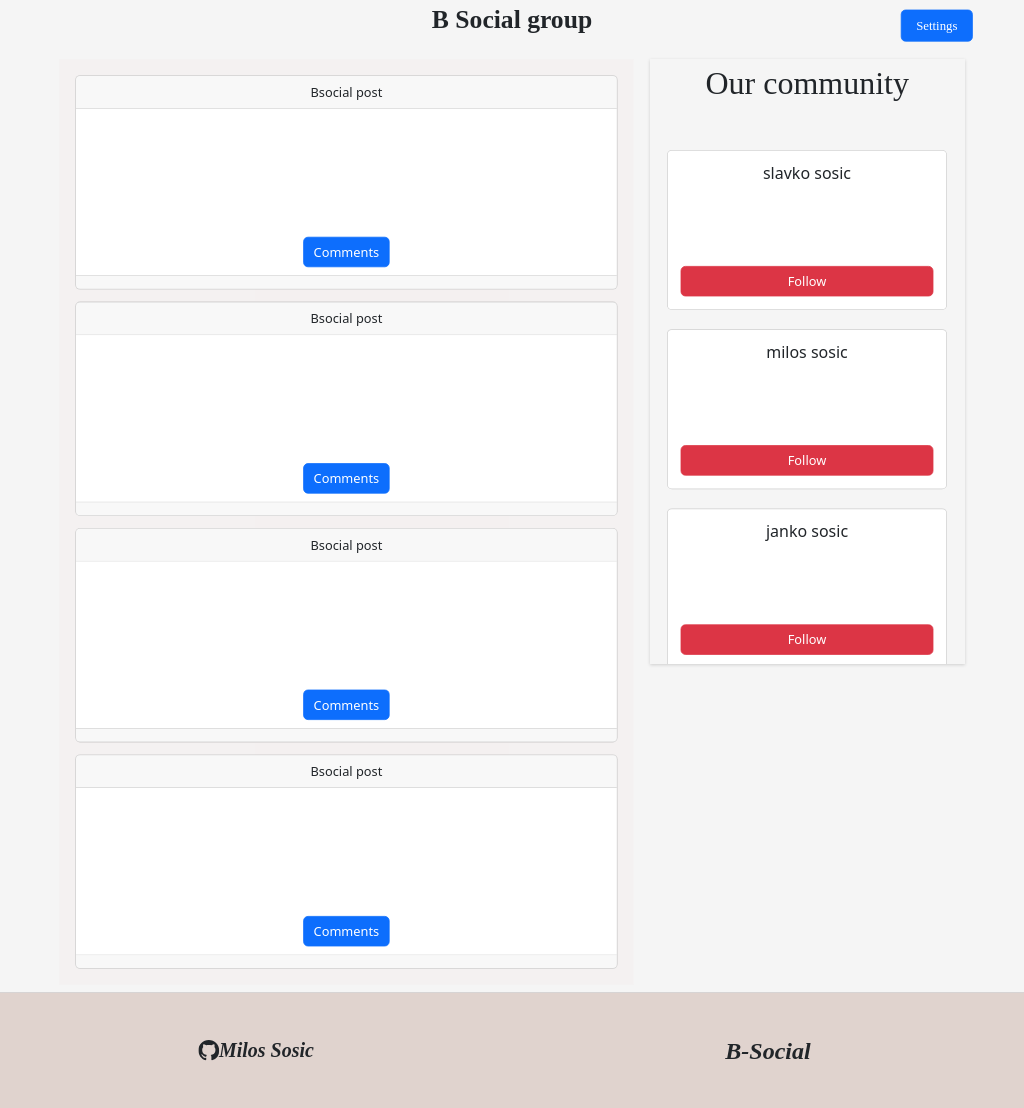
Repository: mcedo1/b-Social-app
Page: /main
These files come from the project's save history. The page is drawn as it stood at one moment and after a run of saves; the edit follows.
The browser window is 1280 px wide. The pictures show the whole page, at 80% of full size.
The project was rebuilt for these pictures with package versions that can differ from the ones it lists, and the page was loaded fresh each time. Also part of the build but not shown: src/components/log.reg.component/Login.js, src/components/log.reg.component/Registration.js, src/components/submain.component/Comment.js, src/components/about.us.component/NewFollowers.js, src/components/about.us.component/AboutUs.js.

Above is the page before, as saved 2024-02-03 15:58:53.

### src/index.js
import React from 'react';
import ReactDOM from 'react-dom/client';
import './index.css';
import App from './App';
import reportWebVitals from './reportWebVitals';
import {
  BrowserRouter as Router
} from "react-router-dom";
import 'bootstrap/dist/css/bootstrap.min.css';
import 'react-toastify/dist/ReactToastify.css';

const root = ReactDOM.createRoot(document.getElementById('root'));
root.render(
  <React.StrictMode>
    <Router>
      <App />
    </Router>
  </React.StrictMode>
);

// If you want to start measuring performance in your app, pass a function
// to log results (for example: reportWebVitals(console.log))
// or send to an analytics endpoint. Learn more: https://bit.ly/CRA-vitals
reportWebVitals();

### src/App.js
import './App.css';
import Footer from './components/footer.component/Footer';
import Login from './components/log.reg.component/Login';
import Registration from './components/log.reg.component/Registration';
import MainPage from './components/main.page.component/MainPage';
import WebSocket from 'websocket';
import { useEffect } from 'react';
import {
  Routes,
  Route,
} from "react-router-dom";
import AboutUsCommponent from './components/about.us.component/AboutUs';
import { ToastContainer } from 'react-toastify';


function App() {
//   useEffect(() => {
//     // Establish a WebSocket connection
//     const ws = new WebSocket('wss://localhost:8080');

//     // Set up event listeners
//     ws.onopen = () => {
//       console.log('WebSocket connection opened');
//     };

//     ws.onmessage = (event) => {
//       console.log('Received message:', event.data);
//       // Handle the incoming message
//     };

//     ws.onclose = () => {
//       console.log('WebSocket connection closed');
//     };

//     // Clean up the WebSocket connection when the component is unmounted
//     return () => {
//       ws.close();
//     };
//   }, []);


  return (
    <div className='App'>
      <div className="Main">
        <ToastContainer/>
        <Routes>
          <Route index path="/" element={<Login />} />
          <Route path="/reg" element={<Registration />} />
          <Route path="/main" element={<MainPage />} />
          <Route path='aboutUs' element={<AboutUsCommponent/>}/>
        </Routes>
      </div>
      <Footer/>
     </div>
  );
}

export default App;

### src/components/footer.component/Footer.js
import React from 'react'
import './Footer.css';

function Footer() {
  return (
      <div className='Footer'>
      <div className='Left'>
      <svg xmlns="http://www.w3.org/2000/svg" width="26" height="26" fill="currentColor" class="bi bi-github" viewBox="0 0 16 16">
  <path d="M8 0C3.58 0 0 3.58 0 8c0 3.54 2.29 6.53 5.47 7.59.4.07.55-.17.55-.38 0-.19-.01-.82-.01-1.49-2.01.37-2.53-.49-2.69-.94-.09-.23-.48-.94-.82-1.13-.28-.15-.68-.52-.01-.53.63-.01 1.08.58 1.23.82.72 1.21 1.87.87 2.33.66.07-.52.28-.87.51-1.07-1.78-.2-3.64-.89-3.64-3.95 0-.87.31-1.59.82-2.15-.08-.2-.36-1.02.08-2.12 0 0 .67-.21 2.2.82.64-.18 1.32-.27 2-.27s1.36.09 2 .27c1.53-1.04 2.2-.82 2.2-.82.44 1.1.16 1.92.08 2.12.51.56.82 1.27.82 2.15 0 3.07-1.87 3.75-3.65 3.95.29.25.54.73.54 1.48 0 1.07-.01 1.93-.01 2.2 0 .21.15.46.55.38A8.01 8.01 0 0 0 16 8c0-4.42-3.58-8-8-8"/>
</svg>
       <b> Milos Sosic</b>
      </div>
      <div className='Right'>
        <i>B-Social</i>
      </div>
    </div>
  )
}

export default Footer

### src/components/main.page.component/MainPage.js
import React, { useState, useEffect } from "react";
import "./MainPage.css";
import SideBar from "./sideBar";
import Submain from "../submain.component/Submain";
import { Button } from "react-bootstrap";

function MainPage() {
  const [showScrollTopButton, setShowScrollTopButton] = useState(false);

  useEffect(() => {
    const handleScroll = () => {
      const scrollY = window.scrollY;
      setShowScrollTopButton(scrollY > window.innerHeight);
    };

    window.addEventListener("scroll", handleScroll);

    return () => {
      window.removeEventListener("scroll", handleScroll);
    };
  }, []);

  const handleScrollTop = () => {
    // Scrollajte na vrh stranice
    window.scrollTo({ top: 0, behavior: "smooth" });
  };

  return (
    <div className="MainPage">
      <SideBar />
      <Submain />
      {showScrollTopButton && (
        <Button
          onClick={handleScrollTop}
          style={{ position: "fixed", bottom: "20px", right: "5px" }}
          className="btn btn-dark"
        >
          On top
        </Button>
      )}
    </div>
  );
}

export default MainPage;

### src/components/footer.component/Footer.css
.Footer {
  background-color: #e0d3ce;

  height: 20vh;
  display: flex;
  flex-direction: row;
  box-shadow: rgba(0, 0, 0, 0.02) 0px 1px 3px 0px,
    rgba(27, 31, 35, 0.15) 0px 0px 0px 1px;
}
.Left {
  flex: 1;
  display: flex;
  justify-content: center;
  align-items: center;
  font-size: 25px;
  font-family: "Times New Roman", Times, serif;
  font-style: italic;
}

.Left b:hover {
  cursor: pointer;
  font-size: 27px;
}

.Right {
  flex: 1;
  display: flex;
  justify-content: center;
  align-items: center;
  font-family: "Times New Roman", Times, serif;
  font-weight: 700;
  font-size: 30px;
}

.Right i:hover {
  cursor: pointer;
  font-size: 31px;
}

### src/components/log.reg.component/Login.css
.Login {
    flex: 1;
    display: flex;
    justify-content: center;
    align-items: center;
    background-color: #f3f3ef;
    box-shadow: rgba(0, 0, 0, 0.1) 0px 4px 12px;
    margin: 20px 0;
}

p:hover {
    cursor: default;
}

### src/API/Api.js
import axios from "axios";
import ApiConfig from "../config/apiconfig";

export default function api(path, body, method) {
     const requestDATA = {
          method: method,
          baseURL: ApiConfig.API_URL,
          url: path,
          data: body,
          headers: {
               "Content-Type": "application/json",
               Authorization: getToken(),
          },
     };

     return new Promise((resolve, reject) => {
          axios(requestDATA)
               .then((res) => responseHandler(res, resolve))
               .catch(async (error) => {
                    console.log(error.response.status, error.response.data)
                    if (error.response.status === 401) {
                         const response = {
                              status: "login Error",
                              data: error.response.data.message,
                         };

                         return resolve(response);
                    }

                    const response = {
                         status: "Conflict",
                         data: error.response.data.message,
                    };
                    resolve(response);
               });
     });
}

async function responseHandler(res, resolve) {

    if (res.status < 200 || res.status >= 300) {
          const response = {
               status: "service Error",
               data: res.data,
          };

          return resolve(response);
     }
     let response;
     if (res.data.errorStatus < 0)
          response = {
               status: "login Error",
               data: res.data,
          };
     else
          response = {
               status: "ok",
               data: res.data,
          };
     return resolve(response);
}

export function getToken() {
     const token = localStorage.getItem("api_token");
     return "Berer " + token;
}

export function saveToken(token) {
     localStorage.setItem("api_token", token);
}

export function saveIdentity(identity) {
     localStorage.setItem("api_identity", identity);
}

export function getIdentity() {
     return localStorage.getItem("api_identity");
}

export function delIdentity() {
     localStorage.removeItem('api_identity')
}
export function delToken() {
     localStorage.removeItem('api_token')
}

### src/components/main.page.component/MainPage.css
.MainPage {
    flex: 1;
    display: flex;
    flex-direction: column;
}


.Naslov {
    display: flex;
    justify-items: end;
    font-size: xx-large;
    font-weight: bolder;

    font-family: 'Lucida Sans', 'Lucida Sans Regular', 'Lucida Grande', 'Lucida Sans Unicode', Geneva, Verdana, sans-serif;
}
.Setting-button {
    flex: 1;
    display: flex;
    justify-content: end;
    align-items: center;
}

### src/components/main.page.component/sideBar.js
import React, { useState } from "react";
import Offcanvas from "react-bootstrap/Offcanvas";
import Button from "react-bootstrap/Button";
import { Link } from "react-router-dom";
import { useNavigate } from "react-router-dom";
import { delIdentity, delToken } from "../../API/Api";

function SideBar() {
     const [show, setShow] = useState(false);
     const navigate = useNavigate();
     const handleClose = () => setShow(false);
     const handleShow = () => setShow(true);

     const handleLogOut = () => {
          delIdentity()
          delToken()
          navigate("/");
     };

     return (
          <>
               <div className="Naslov">
                    <div style={{ flex: "1" }}></div>
                    <div>
                         <p style={{ fontFamily: "cursive" }}>B Social group</p>
                    </div>
                    <div className="Setting-button">
                         <Button
                              style={{
                                   width: "90px",
                                   height: "40px",
                                   fontFamily: "cursive",
                              }}
                              variant="primary"
                              onClick={handleShow}>
                              Settings
                         </Button>
                    </div>
                    <hr />
               </div>

               <Offcanvas show={show} onHide={handleClose}>
                    <Offcanvas.Header closeButton>
                         <Offcanvas.Title
                              style={{
                                   fontFamily: "cursive",
                                   fontSize: "35px",
                              }}>
                              B-social routes
                         </Offcanvas.Title>
                    </Offcanvas.Header>
                    <hr />
                    <Offcanvas.Body
                         style={{
                              display: "flex",
                              flexDirection: "column",
                              justifyContent: "space-between",
                         }}>
                         <div>
                              <p>
                                   <Link
                                        to={"/main"}
                                        style={{
                                             textDecoration: "none",
                                             fontFamily: "cursive",
                                             fontSize: "23px",
                                        }}>
                                        Main Panel
                                   </Link>
                              </p>
                              <p>
                                   <Link
                                        to={"/aboutUs"}
                                        style={{
                                             textDecoration: "none",
                                             fontFamily: "cursive",
                                             fontSize: "20px",
                                        }}>
                                        About Us!
                                   </Link>
                              </p>
                         </div>
                         <Button
                              style={{
                                   alignSelf: "end",
                                   fontFamily: "cursive",
                              }}
                              variant="danger"
                              onClick={handleLogOut}>
                              Sign Out!
                         </Button>
                    </Offcanvas.Body>
               </Offcanvas>
          </>
     );
}

export default SideBar;

### src/components/submain.component/Submain.js
import React, { useState } from "react";
import "../submain.component/Submain.css";
import Post from "./Post";
import FollowerComponent from "./FollowerComponet";
function Submain() {

  const [post, setPost] = useState({
    postId: '',
    content: "Restauracija starih spomenika",
    userId: 7,
    timestamp: "2024-01-29T17:20:55.000Z",
    username: 'stefo'
  })
  const [posts, setPosts] = useState([post, post, post])

  return (
    <div className="Submain">
      <div className="Posts">
        {posts.map((p, index)=> <Post/>)}
        <Post />
      </div>
      <div className="Followers">
        <p style={{fontFamily:'cursive', fontSize:'40px', flex:'1px', display:'flex', justifyContent:'center'}}>Our community</p>
        <FollowerComponent/>
      </div>
    </div>
  );
}

export default Submain;

### src/config/apiconfig.js

const ApiConfig = {
    API_URL: 'http://localhost:3001',
}

export default ApiConfig;

### src/components/submain.component/Submain.css
.Submain {
  flex: 1;
  display: flex;
  flex-direction: row;
}

.Posts {
  flex: 3;
  margin: 10px;
  padding: 5px;
  background-color: rgba(237, 217, 217, 0.16);
}
.Followers {
  box-shadow: rgba(0, 0, 0, 0.16) 0px 1px 4px;
  margin: 10px;
  padding: 0px 5px;
  max-height: 105vh;

}

### src/components/submain.component/Post.js
import React from "react";
import MyModal from "./Modal";

function Post({postId, content, userId, timestamp, username}) {
  return (
    <div style={{ margin: "15px " }}>
      <div class="card text-center">
        <div class="card-header">Bsocial post</div>
        <div class="card-body" style={{ minHeight: "150px" }}>
          <h5 class="card-title">{username}</h5>
          <p class="card-text" className="lead">
            {content}
          </p>
        </div>
        <MyModal />
        <div class="card-footer text-muted">{timestamp}</div>
      </div>
    </div>
  );
}

export default Post;

### src/components/submain.component/FollowerComponet.js
import React from "react";
import "bootstrap/dist/css/bootstrap.min.css";

const FollowerCard = ({ firstName, lastName, userid }) => {
    return (
        <div className="col-md-4 mb-4">
            <div className="card" style={{ width: "350px", height: "200px", margin:'5px' }}>
                <div className="card-body d-flex flex-column justify-content-between">
                    <h5 className="card-title d-flex justify-content-center">{`${firstName} ${lastName}`}</h5>
                    <button className="btn btn-danger">Follow</button>
                </div>
            </div>
        </div>
    );
};

const FollowerComponent = () => {

    let lista = [
        {firstName: 'slavko', lastName:'sosic', userid:'123'},
        {firstName: 'milos', lastName:'sosic', userid:'123'},
        {firstName: 'janko', lastName:'sosic', userid:'123'},
        {firstName: 'marko', lastName:'sosic', userid:'123'},
        {firstName: 'milutin', lastName:'sosic', userid:'323'},
        {firstName: 'jovan', lastName:'sosic', userid:'323'},
        {firstName: 'david', lastName:'sosic', userid:'323'},
        {firstName: 'ratko', lastName:'sosic', userid:'323'},
        {firstName: 'slobaodan', lastName:'sosic', userid:'135'},
    ]
    return (
        <div className="container mt-5">
            <div
                className="column"
                style={{
                    overflowY: "auto",
                    maxHeight: "90vh",
                    overflowX: "hidden",
                }}>
                                {lista.map((follower, index)=> {
                return <FollowerCard firstName={follower.firstName} lastName={follower.lastName} userid={follower.userid}/>
            })}
            </div>
        </div>
    );
};
export default FollowerComponent;

### src/components/submain.component/Modal.js
import React, { useState } from "react";
import { Button, Form, Modal } from "react-bootstrap";
import "bootstrap/dist/css/bootstrap.min.css";
import Comment from "./Comment";

const MyModal = () => {
  const [showModal, setShowModal] = useState(false);

  const handleModalOpen = () => setShowModal(true);
  const handleModalClose = () => setShowModal(false);

  return (
    <div>
      <Button
        variant="primary"
        onClick={handleModalOpen}
        style={{ margin: "10px 0" }}
      >
        Comments
      </Button>

      <Modal show={showModal} onHide={handleModalClose} size="lg">
        <Modal.Header closeButton>
          <Modal.Title>Primjer modala</Modal.Title>
        </Modal.Header>
        <Modal.Body style={{ display: "flex", flexDirection: "column" }}>
          <Form>
            <div class="form-group">
              <label for="exampleFormControlTextarea1">
                Comment this post!
              </label>
              <textarea
                class="form-control"
                id="exampleFormControlTextarea1"
                rows="3"
                style={{ maxHeight: "150px" }}
              ></textarea>
            </div>

            <Button
              variant="primary"
              type="submit"
              style={{ margin: "10px 0" }}
            >
              Pošalji
            </Button>
          </Form>
          <Comment username={"Milos Sosic"} date={"23-02-2024"} />
          <Comment username={"Milos Sosic"} date={"23-02-2024"} />
          <Comment username={"Milos Sosic"} date={"23-02-2024"} />
          <Comment username={"Milos Sosic"} date={"23-02-2024"} />
        </Modal.Body>
        <Modal.Footer>
          <Button variant="secondary" onClick={handleModalClose}>
            Zatvori
          </Button>
        </Modal.Footer>
      </Modal>
    </div>
  );
};

export default MyModal;

Loaded but not shown: public/index.html (common file); src/index.css (common file); src/reportWebVitals.js (common file); src/App.css (common file)

After the next 6 saves:
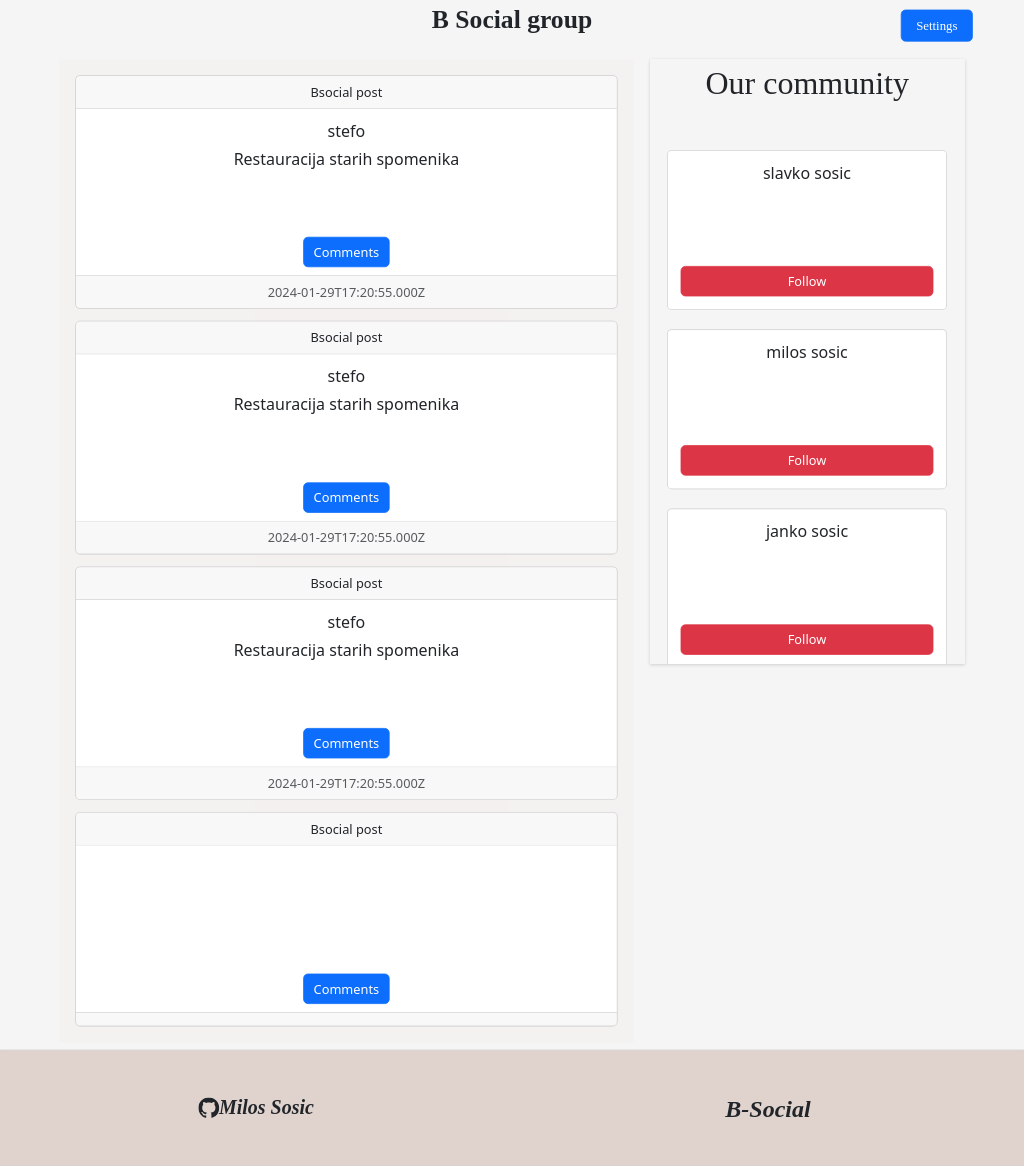
The 6 saves are shown as one change because they came seconds apart.
The last was saved 23 s later.
--- a/src/components/submain.component/Submain.js
+++ b/src/components/submain.component/Submain.js
@@ -16,7 +16,7 @@ function Submain() {
   return (
     <div className="Submain">
       <div className="Posts">
-        {posts.map((p, index)=> <Post/>)}
+        {posts.map((p, index)=> <Post {...p}/>)}
         <Post />
       </div>
       <div className="Followers">
